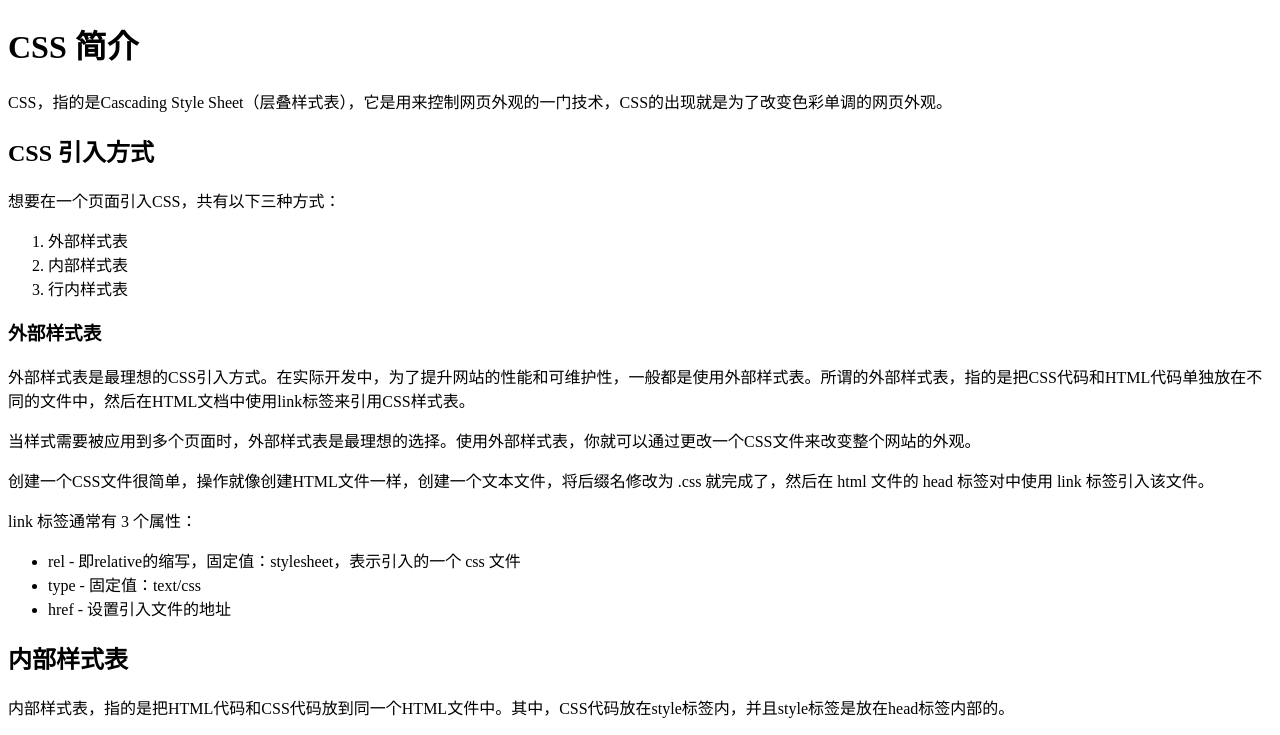
Repository: liang-n/front-end-basics
Page: 11-CSS简介.html
These files come from the project's save history. The page is drawn as it stood at one moment and after a run of saves; the edit follows.
The browser window is 1280 px wide. The pictures show the whole page.

Above is the page before, as saved 2022-05-15 20:50:05.

### 11-CSS简介.html
<!DOCTYPE html>

<head>
    <meta charset="UTF-8">
    <title>11-CSS简介</title>
    <link rel="stylesheet" type="text/css" href="css/11-css.css">
</head>

<body>
    <h1>CSS 简介</h1>

    <p>CSS，指的是Cascading Style Sheet（层叠样式表），它是用来控制网页外观的一门技术，CSS的出现就是为了改变色彩单调的网页外观。</p>

    <h2>CSS 引入方式</h2>

    <p>想要在一个页面引入CSS，共有以下三种方式：</p>
    <ol>
        <li>外部样式表</li>
        <li>内部样式表</li>
        <li>行内样式表</li>
    </ol>

    <h3>外部样式表</h3>

    <p>外部样式表是最理想的CSS引入方式。在实际开发中，为了提升网站的性能和可维护性，一般都是使用外部样式表。所谓的外部样式表，指的是把CSS代码和HTML代码单独放在不同的文件中，然后在HTML文档中使用link标签来引用CSS样式表。
    </p>
    <p>当样式需要被应用到多个页面时，外部样式表是最理想的选择。使用外部样式表，你就可以通过更改一个CSS文件来改变整个网站的外观。</p>
    <p>创建一个CSS文件很简单，操作就像创建HTML文件一样，创建一个文本文件，将后缀名修改为 .css 就完成了，然后在 html 文件的 head 标签对中使用 link 标签引入该文件。</p>
    <p>link 标签通常有 3 个属性：</p>
    <ul>
        <li>rel - 即relative的缩写，固定值：stylesheet，表示引入的一个 css 文件</li>
        <li>type - 固定值：text/css</li>
        <li>href - 设置引入文件的地址</li>
    </ul>
    <!--link 标签引用文件的示例在 head 标签中-->

    <h2>内部样式表</h2>

    <p>内部样式表，指的是把HTML代码和CSS代码放到同一个HTML文件中。其中，CSS代码放在style标签内，并且style标签是放在head标签内部的。</p>

</body>

</html>

Loaded but not shown: css/11-css.css (no stored copy; drawn as an empty file)

After the next 3 saves:
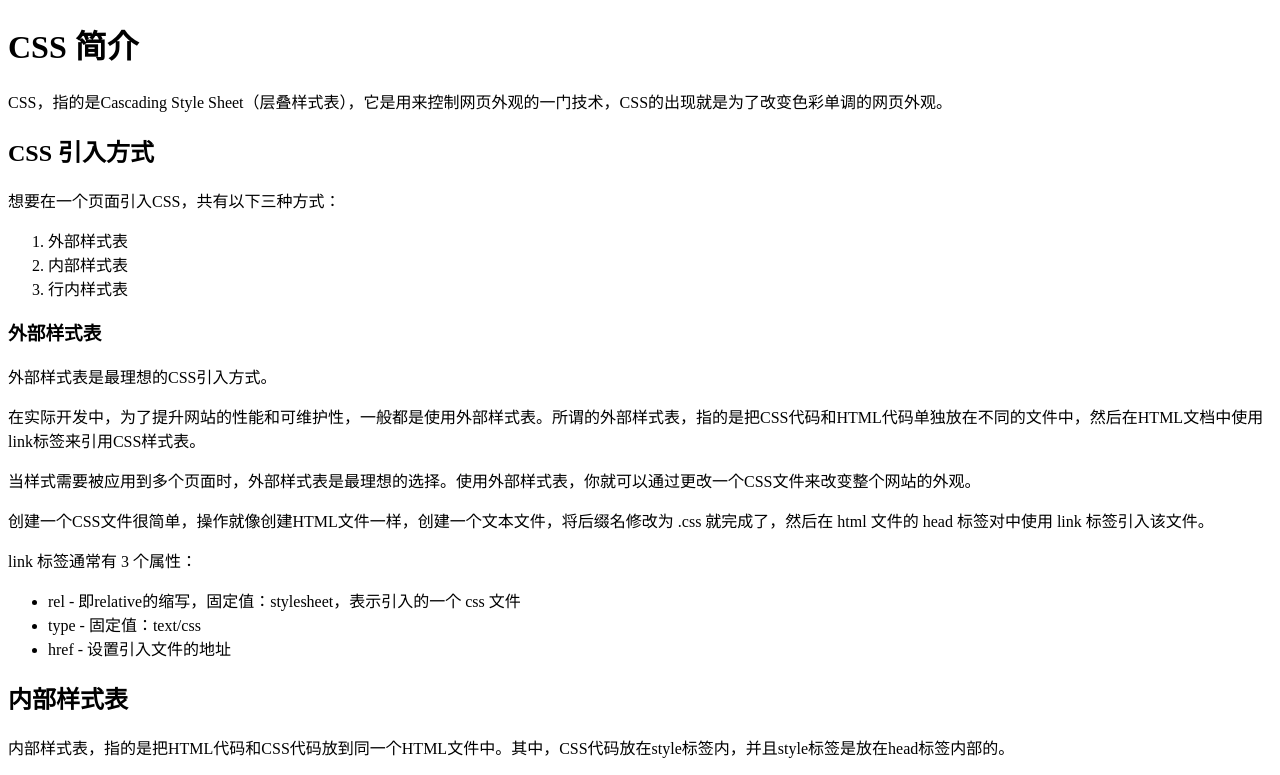
The 3 saves are shown as one change because they came seconds apart.
The last was saved 16 s later.
--- a/11-CSS简介.html
+++ b/11-CSS简介.html
@@ -22,8 +22,8 @@
 
     <h3>外部样式表</h3>
 
-    <p>外部样式表是最理想的CSS引入方式。在实际开发中，为了提升网站的性能和可维护性，一般都是使用外部样式表。所谓的外部样式表，指的是把CSS代码和HTML代码单独放在不同的文件中，然后在HTML文档中使用link标签来引用CSS样式表。
-    </p>
+    <p>外部样式表是最理想的CSS引入方式。</p>
+    <p>在实际开发中，为了提升网站的性能和可维护性，一般都是使用外部样式表。所谓的外部样式表，指的是把CSS代码和HTML代码单独放在不同的文件中，然后在HTML文档中使用link标签来引用CSS样式表。</p>
     <p>当样式需要被应用到多个页面时，外部样式表是最理想的选择。使用外部样式表，你就可以通过更改一个CSS文件来改变整个网站的外观。</p>
     <p>创建一个CSS文件很简单，操作就像创建HTML文件一样，创建一个文本文件，将后缀名修改为 .css 就完成了，然后在 html 文件的 head 标签对中使用 link 标签引入该文件。</p>
     <p>link 标签通常有 3 个属性：</p>
